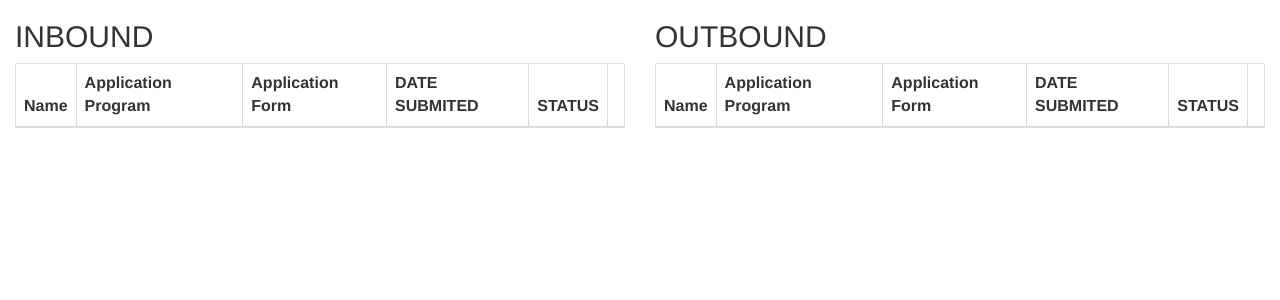
Repository: eunminhansoo/Oirp
Page: http://localhost/administrator.php
An editor plug-in stored every save of this project. The page is shown before and after the next save, followed by the edit.
The browser window is 1280 px wide. The pictures show the whole page.
The page is run by PHP 8.4 with error messages shown; the project is at /var/www/html/. Queries for data that is not in the repository find no rows.

Above is the page before, as saved 2018-03-15 14:50:46.
Console error (its wording comes from the project's code and is left out).

After the next save:
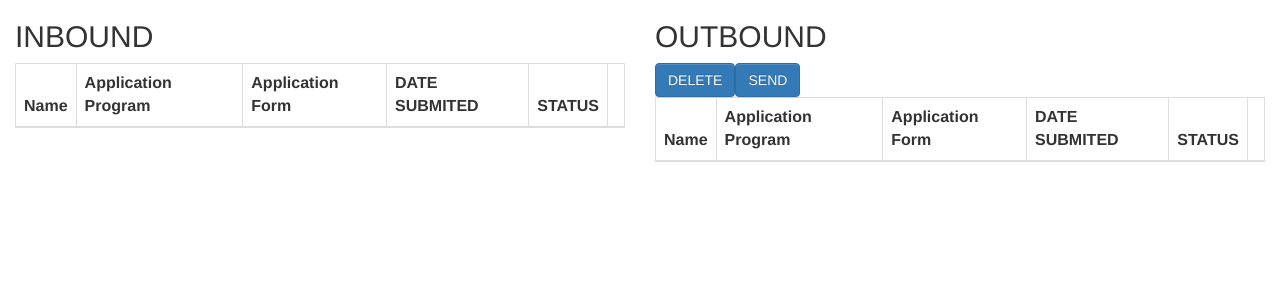
Saved 2 h 18 min later.
--- a/OIRP_WEB/administrator.php
+++ b/OIRP_WEB/administrator.php
@@ -91,6 +91,10 @@
                             </tr>
                         <?php } ?>
                         </tfoot>
+                        <tfoot>
+                        <button type="submit" name="delete" class="btn btn-primary">DELETE</button>
+                        <button type="submit" name="send" class="btn btn-primary">SEND</button>
+                        </tfoot>
                         </tbody>
                     </table>
                 </div>
